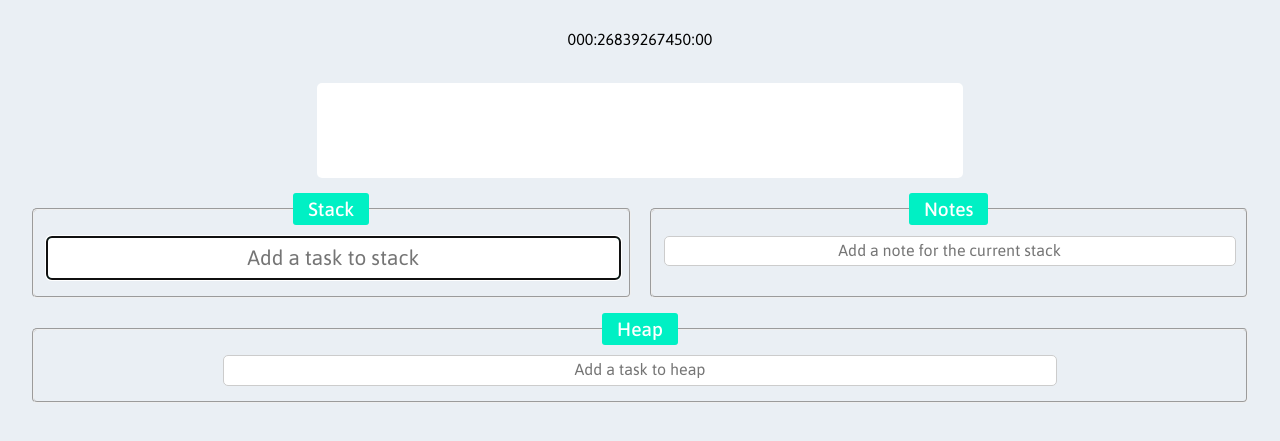
Repository: litalsh/Meeting-Managment-App
Page: /
An editor plug-in stored every save of this project. The page is shown before and after the next save, followed by the edit.
The browser window is 1280 px wide. The pictures show the whole page.
The project was rebuilt for these pictures with package versions that can differ from the ones it lists, and the page was loaded fresh each time. Also part of the build but not shown: src/components/Task/Task.css, src/components/Task/Task.js, src/components/Notes/Note.js.

Above is the page before, as saved 2021-01-11 17:52:17.

### src/App.js
import './App.css';
import React from 'react';
import Stack from './components/Stack/Stack';
import GlobalTime from './components/GlobalTime/GlobalTime';
import MeetingContextProvider from './Context/store';
import Heap from './components/Heap/Heap';
import Notes from './components/Notes/Notes';
import CurrentTask from './components/CurrentTask/CurrentTask';


function App() {

  return (
    <div className="App">
      <MeetingContextProvider>
        <GlobalTime />
        <CurrentTask />
        <Stack />
        <Notes />
        <Heap />
      </MeetingContextProvider>
    </div>
  );
}

export default App;

### src/App.css
@import url('https://fonts.googleapis.com/css2?family=Asap:wght@400;500;600;700&display=swap');


body{
  font-family: 'Asap', sans-serif;
  background-color:  #eaeff4;
 }

 ::placeholder {
  font-family: 'Asap', sans-serif;

 }

.App {
  display: grid;
  grid-template-columns: repeat(6, 1fr);
  grid-gap: 15px;
  margin: 10px 30px;
}

ul {
  list-style-type: none;
  margin: 0;
  padding: 0;
}

legend {
  margin: 0 auto;
  font-size: 1.2rem;
  font-weight: 500;
  background-color: #00f0c4;
  padding: 5px 15px;
  color: #fff;
  border-radius: 3px;
 }

 fieldset {
   border-radius: 5px;
 }

### src/components/Stack/Stack.js
import React, { useContext } from 'react';
import Task from '../Task/Task';
import { meetingContext } from '../../Context/store';
import './Stack.css';

const Stack = () => {

  const { stack, newStackHandler, taskRemoveHandler, changeListHandler } = useContext(meetingContext);

  return (

      <fieldset className="stack-container">
        {console.log('stack: ', stack)}
        <legend>Stack</legend>
        <ul className="stack-list">
          {stack !== undefined ? stack.map((task, id) => (
            <Task key={id}
            time={task.time}
            title={task.topic}
            type={task.type}
            remove={() => taskRemoveHandler(task.id, task.type)}
            changeList={() => changeListHandler(task.id, task.type)} />
          )) : null}
        </ul>
        <input type="text" placeholder="Add a task to stack" onKeyDown={newStackHandler} className='stack-input' autoFocus aria-flowto='heap-input' />
      </fieldset>

  );
}

export default Stack;

### src/components/GlobalTime/GlobalTime.js
import React, { useState, useEffect, useContext } from 'react';
import './GlobalTime.css';
import {meetingContext} from '../../Context/store';


const GlobalTime = () => {
  const {clock} = useContext(meetingContext);

  let startingTime = new Date().getTime();
  const [globalTimer, setGlobalTimer] = useState(startingTime);
  let time = clock(globalTimer);

  useEffect(() => {
    const id = window.setInterval(() => {
      setGlobalTimer(Math.floor((new Date().getTime() - startingTime)/1000));
    }, 60000);
    return () => window.clearInterval(id);
  })

  return (
    <div className='global-timer'>{time.hours}:{time.minutes}:{time.seconds}</div>
    );
}

export default GlobalTime;

### src/Context/store.js
import React, { useState, createContext, useEffect } from 'react';
import useLocalStorage from '../hooks/useLocalStorage';
import { v4 as uuidv4 } from "uuid";


export const meetingContext = createContext();


const MeetingContextProvider = (props) => {

  const [stack, setStack] = useLocalStorage('stack', []);
  const [heap, setHeap] = useLocalStorage('heap', []);
  const [notes, setNotes] = useLocalStorage('notes', []);
  const [currentTaskTimer, setCurrentTaskTimer] = useState(stack[0] !== undefined ? Math.floor((new Date().getTime() - stack[stack.length - 1].time)/1000) : null);


  // Create a new stack task
  const newStackHandler = (event) => {
    if (event.which === 13 && event.target.value !== '') {
      setStack([
        ...stack,
        { id: uuidv4(), type: 'stack', topic: event.target.value, time: new Date().getTime() }
      ]);
      event.target.value = '';
      console.log(stack)
      setCurrentTaskTimer(Math.floor((new Date().getTime() - new Date().getTime())/1000));
    };
  };

  // Create a new heap task
  const newHeapHandler = (event) => {
    if (event.which === 13 && event.target.value !== '') {
      setHeap([
        ...heap,
        { id: uuidv4(), type: 'heap', topic: event.target.value, time: new Date().getTime() }
      ]);
      event.target.value = '';
    };
  };

  // Remove a task
  const taskRemoveHandler = (id, type) => {
    if (type === 'stack') {
      const taskIndex = stack.findIndex(task => {
        return task.id === id;
      });

      let tempList = [...stack];
      tempList.splice(taskIndex, 1);
      setStack(tempList);
      console.log(taskIndex)
      setCurrentTaskTimer(Math.floor((new Date().getTime() - stack[taskIndex-1].time)/1000));
    };

    if (type === 'heap') {
      const taskIndex = heap.findIndex(task => {
        return task.id === id;
      });

      let tempList = [...heap];
      tempList.splice(taskIndex, 1);
      setHeap(tempList)
      console.log(taskIndex)
    };
    return console.log('taskRmoveHandler: ', stack);

  }

  const clock = (time) => {
    let minutes = Math.floor(time / 60);
    let seconds = Math.abs(time % 60);
    let hours = Math.floor(seconds/3600);
    minutes = minutes.toString().length === 1 ? "0" + minutes : minutes;
    seconds = seconds.toString().length === 1 ? "0" + seconds : seconds;
    hours = hours.toString().length === 1 ? "0" + seconds : seconds;
    return ({hours: hours, minutes : minutes, seconds : seconds})
  }

  const keyboardRemoveHandler = (e) => {
    if (e.ctrlKey && e.shiftKey && e.which === 88) {
      let stackLength = stack.length;
      let tempStack = [...stack];
      tempStack.splice(tempStack.length - 1, 1);
      setStack(tempStack);
      setCurrentTaskTimer(Math.floor((new Date().getTime() - stack[stackLength-2 ].time)/1000));
      console.log(currentTaskTimer)
    }
  }

    // remove from stack with the keyboard
    useEffect(() => {
      if (document) {
        document.addEventListener('keydown', keyboardRemoveHandler);
      }
      return () => {
        document.removeEventListener('keydown', keyboardRemoveHandler);
      }
    }, [stack]);

    const changeListHandler = (id, type) => {
      // move task from stack to heap
      if (type === 'stack') {
        const taskIndex = stack.findIndex(task => {
          return task.id === id;
        });
        setHeap([...heap, { id: stack[taskIndex].id, type: 'heap', topic: stack[taskIndex].topic, time: stack[taskIndex].time }]);

        let tempStack = [...stack];
        tempStack.splice(taskIndex, 1);
        setStack(tempStack);
        console.log('change to heap ', stack, '  ', heap)
      };
       // move task from heap to stack
    if (type === 'heap') {
      const taskIndex = heap.findIndex(task => {
        return task.id === id;
      });
      setStack([...stack, { id: heap[taskIndex].id, type: 'stack', topic: heap[taskIndex].topic, time: new Date().getTime}]);

      let tempHeap = [...heap];
      tempHeap.splice(taskIndex, 1);
      setHeap(tempHeap);
      console.log('change to stack ', stack, '  ', heap)
    };


    }





  return (
    <meetingContext.Provider value={
      {
        stack,
        setStack,
        heap,
        notes,
        setNotes,
        newStackHandler,
        newHeapHandler,
        taskRemoveHandler,
        changeListHandler,
        clock,
        currentTaskTimer,
        setCurrentTaskTimer
      }
    }>
      {props.children}
    </meetingContext.Provider>
  );
}

export default MeetingContextProvider;

### src/components/Heap/Heap.js
import React, { useContext } from 'react';
import Task from '../Task/Task';
import { meetingContext } from '../../Context/store';
import MeetingContextProvider from '../../Context/store';
import './Heap.css';

const Heap = () => {
  const { heap, newHeapHandler, taskRemoveHandler, changeListHandler } = useContext(meetingContext);


  return (
    <MeetingContextProvider>
      <fieldset className="heap-container">
        <legend>Heap</legend>
        <input type="text" placeholder="Add a task to heap" onKeyDown={newHeapHandler} className='heap-input' aria-flowto='notes-input' />
        <ul className="heap-list">
          {heap[0] !== undefined ? heap.map((task, id) => (
            <Task key={id}
            title={task.topic}
            type={task.type}
            remove={() => taskRemoveHandler(task.id, task.type)}
            changeList={() => changeListHandler(task.id, task.type)} />
          )) : null}
        </ul>
      </fieldset>
    </MeetingContextProvider>
  );
}

export default Heap;

### src/components/Notes/Notes.js
import React, { useContext, useState } from 'react';
import './Notes.css';
import { meetingContext } from '../../Context/store';
import Note from './Note';


const Notes = () => {
  const { stack, setStack, notes, setNotes } = useContext(meetingContext);

  const newNoteHandler = (event) => {
    if (event.which === 13 && event.target.value !== '') {
      let tempStack = [...stack];
      tempStack[tempStack.length - 1].notes ? tempStack[tempStack.length - 1].notes.push(event.target.value) : tempStack[tempStack.length - 1].notes = [event.target.value];
      setStack(tempStack);

      let tempNotes = [...notes];
      let noteIndex = tempNotes.findIndex(obj => {return obj.topic === stack[stack.length-1].topic});
      noteIndex === -1 ? tempNotes.push({topic: stack[stack.length-1].topic, notes: [event.target.value], id: stack[stack.length-1].id }) : tempNotes[noteIndex].notes.push(event.target.value);
      setNotes(tempNotes);
      event.target.value = '';
    };
  }

  return (
    <fieldset className='notes-container'>
      <legend>Notes</legend>
      <input type='text' placeholder="Add a note for the current stack" className='notes-input' onKeyDown={newNoteHandler} aria-flowto='stack-input' />
      <dl>
        {notes[0] !== undefined ? notes.map((task, id) => (
          task.notes !== undefined ?
          <Note
            key={id}
            title={task.topic}
            notes={task.notes}
          /> : null
        )) : null}
      </dl>
    </fieldset>
  );
}

export default Notes;

### src/components/CurrentTask/CurrentTask.js
import React, { useState, useEffect, useContext } from 'react';
import { meetingContext } from '../../Context/store';
import './CurrentTask.css';


const CurrentTask = () => {

  const { stack, clock, currentTaskTimer, setCurrentTaskTimer } = useContext(meetingContext);


  useEffect(() => {
    if(stack[0] !== undefined){
      const id = window.setInterval(() => {
        setCurrentTaskTimer(Math.floor((new Date().getTime() - stack[stack.length-1].time)/1000));
      }, 30000);
      return () => window.clearInterval(id);
    }
  }, [currentTaskTimer])

  let time = clock(currentTaskTimer);
  console.log('current ', currentTaskTimer);

  const taskExists = () => {
    return (
      <>
        {time.minutes}:{time.seconds}
      </>
    )
  }

  return (
    <div className='current-task-container'>
      <div className='current-timer'><h4>{stack[0] !== undefined ? (taskExists()) : null}</h4></div>
      <div className='current-title'><h1>{stack[0] !== undefined ? stack[stack.length - 1].topic : null}</h1></div>
    </div>
  );
}

export default CurrentTask;

### src/components/Stack/Stack.css
.stack-container {
  grid-column: 1/4;
}

.stack-input {
  border: 2px solid #00f0c4;
  width: 100%;
  line-height: 40px;
  margin: 5px auto;
  position: relative;
  text-align: center;
  border-radius: 5px;
  font-size: 1.3rem;
  padding: 0;
}

.stack-list {
  display: flex;
  flex-direction: column-reverse;
  justify-content: center;
}

.stack-item {
  width: 100%;
}

### src/components/GlobalTime/GlobalTime.css
.global-timer {
  grid-column: 1/7;
  margin: 20px auto;
}

### src/hooks/useLocalStorage.js
import { useState, useEffect } from "react";

const PREFIX = 'meeting-manament-';


const useLocalStorage = (key, initialValue) => {
  const prefixedKey = PREFIX + key
  const [value, setValue] = useState(() => {
    const jsonValue = localStorage.getItem(prefixedKey)
    if (jsonValue != null) return JSON.parse(jsonValue)
    if (typeof initialValue === 'function') {
      return initialValue()
    } else {
      return initialValue
    }
  })

  useEffect(() => {
    localStorage.setItem(prefixedKey, JSON.stringify(value))
  }, [prefixedKey, value])

  return [value, setValue]
}


export default useLocalStorage;

### src/components/Heap/Heap.css
.heap-container {
  grid-column: 1/7;
  display: flex;
  flex-direction: column;
}

.heap-list {
  display: grid;
  grid-template-columns: repeat(4,1fr);
  grid-gap: 5px 20px;
}

.heap-list>.task-item {
  width: 100%;
}

.heap-input {
  border: 1px solid #ccc;
  width: 70%;
  line-height: 1.8em;
  margin: 5px auto;
  position: relative;
  text-align: center;
  border-radius: 5px;
  font-size: 1rem;
  padding: 0;
}

### src/components/Notes/Notes.css
.notes-container {
  grid-column: 4/7;
}

.notes-input {
  border: 1px solid #ccc;
  width: 100%;
  line-height: 1.8em;
  margin: 5px auto;
  position: relative;
  text-align: center;
  border-radius: 5px;
  font-size: 1rem;
  padding: 0;
}

.notes-container dt {
  font-weight: 600;
}

.notes-container dl {
  font-size: 0.9em;
}

### src/components/CurrentTask/CurrentTask.css
.current-task-container {
  grid-column: 2/6;
  text-align: center;
  background-color: #fff;
  width: 80%;
  margin: 0 auto;
  border-radius: 5px;
  height: 95px;
}

.current-title > h1 {
  margin: 0;
}

.current-timer {
  margin-top: 10px;
}

.current-timer > h4 {
  margin: 0;
}

.current-title {
  margin: 10px;
}

Loaded but not shown: public/index.html (common file); src/index.js (common file); src/index.css (common file); src/reportWebVitals.js (common file)

After the next save:
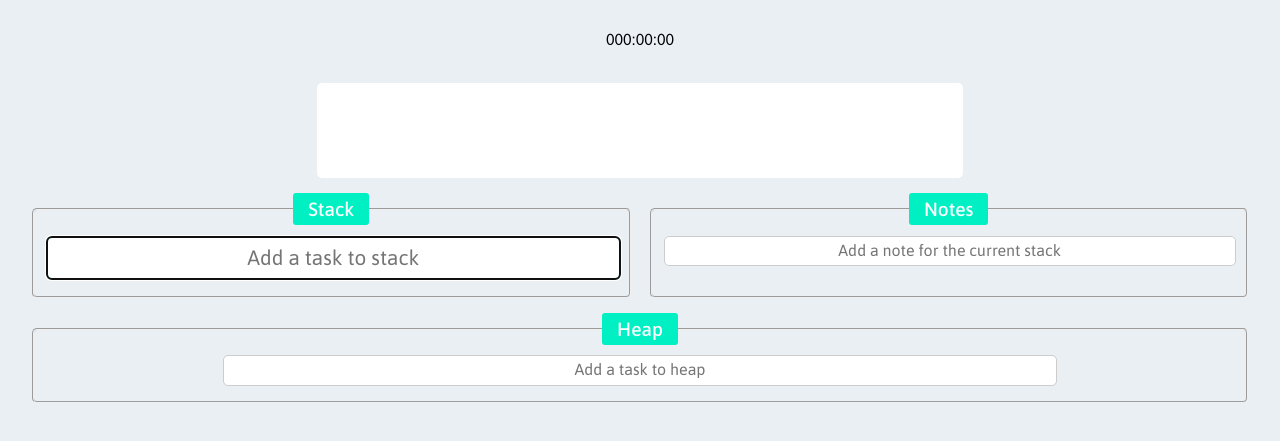
Saved 67 s later.
--- a/src/components/GlobalTime/GlobalTime.js
+++ b/src/components/GlobalTime/GlobalTime.js
@@ -7,7 +7,7 @@ const GlobalTime = () => {
   const {clock} = useContext(meetingContext);
 
   let startingTime = new Date().getTime();
-  const [globalTimer, setGlobalTimer] = useState(startingTime);
+  const [globalTimer, setGlobalTimer] = useState(0);
   let time = clock(globalTimer);
 
   useEffect(() => {
